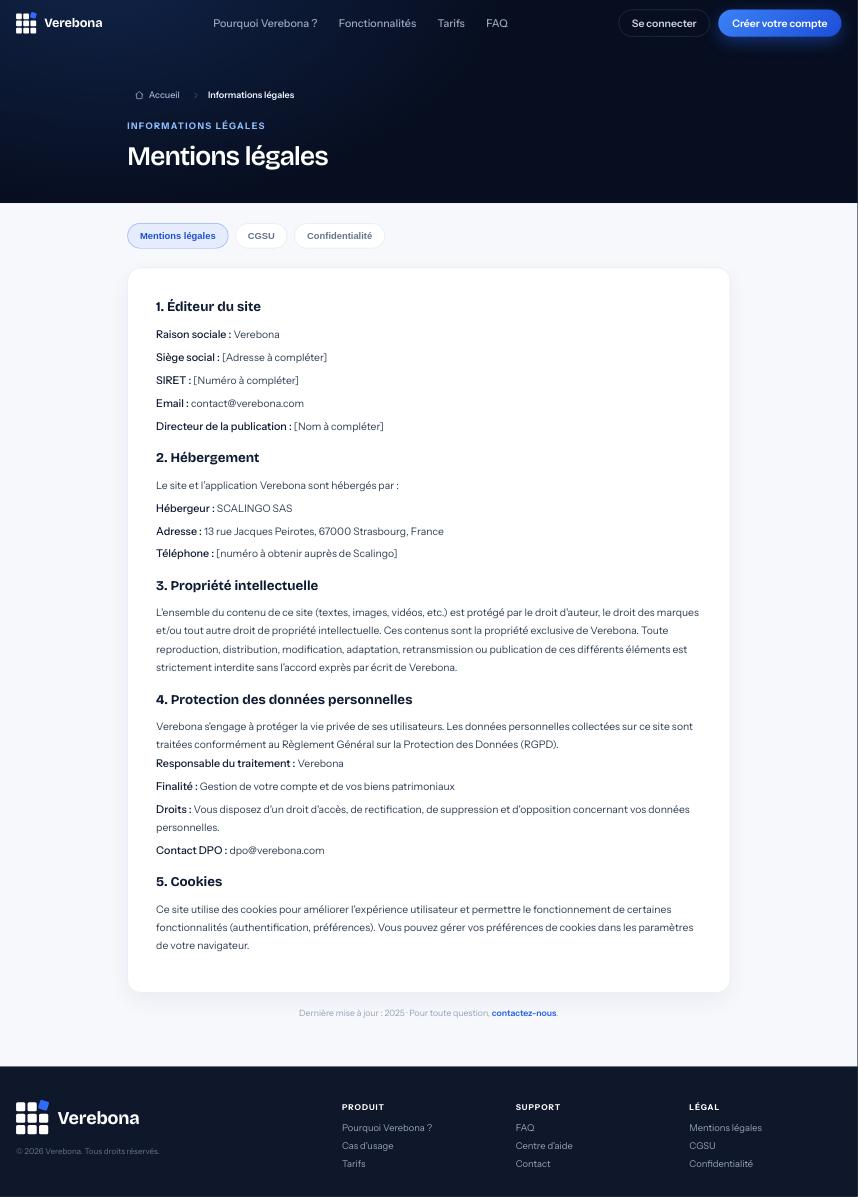
Repository: AdminVerebona/verebona-public
Page: /mentions-legales
These files come from the project's save history. The page is drawn as it stood at one moment and after the next save; the edit follows.
The browser window is 1280 px wide. The pictures show the whole page, at 67% of full size.
The project was rebuilt for these pictures with package versions that can differ from the ones it lists, and the page was loaded fresh each time. Also part of the build but not shown: next.config.mjs, vite.config.js, vite.config.ts, src/composables/useLanding.ts, src/sections/HeroSection.vue, src/sections/WhySection.vue, src/sections/UseCasesSection.vue, src/sections/FeaturesSection.vue and 6 more.

Above is the page before, as saved 2026-07-10 15:19:19.

### index.html
<!doctype html>
<html lang="fr">
  <head>
    <meta charset="UTF-8" />
    <meta name="viewport" content="width=device-width, initial-scale=1.0" />
    <title>Verebona — Centralisez, organisez, valorisez vos biens</title>
    <meta
      name="description"
      content="Verebona centralise vos biens, documents et échéances pour les retrouver facilement, anticiper les dates importantes et valoriser vos biens le moment venu."
    />
  </head>
  <body>
    <div id="app"></div>
    <script type="module" src="/src/main.ts"></script>
  </body>
</html>

### src/main.ts
import { createApp } from 'vue'
import App from './App.vue'
import router from './router'
import { vHover } from './directives/hover'
import './style.css'

createApp(App)
  .use(router)
  .directive('hover', vHover)
  .mount('#app')

### src/App.vue
<template>
  <div style="background:#070E20;color:#EAF0FB;overflow-x:hidden;min-height:100vh">
    <AppHeader />
    <router-view />
    <AppFooter />
  </div>
</template>

<script setup lang="ts">
import { onMounted, watch, nextTick } from 'vue'
import { useRoute } from 'vue-router'
import AppHeader from './components/AppHeader.vue'
import AppFooter from './components/AppFooter.vue'
import { useScrollReveal } from './composables/useScrollReveal'

const route = useRoute()
const { scan } = useScrollReveal()

onMounted(() => { scan() })

// Re-scan reveal targets whenever the route (page) changes.
watch(
  () => route.fullPath,
  () => { nextTick(() => setTimeout(scan, 60)) },
)
</script>

### src/router/index.ts
import { createRouter, createWebHistory } from 'vue-router'
import HomeView from '../views/HomeView.vue'

const routes = [
  { path: '/', name: 'home', component: HomeView },
  { path: '/aide', name: 'help', component: () => import('../views/HelpView.vue') },
  { path: '/contact', name: 'contact', component: () => import('../views/ContactView.vue') },
  { path: '/mentions-legales', name: 'legal-mentions', component: () => import('../views/LegalView.vue') },
  { path: '/cgu', name: 'legal-cgu', component: () => import('../views/LegalView.vue') },
  { path: '/confidentialite', name: 'legal-confid', component: () => import('../views/LegalView.vue') },
  { path: '/:pathMatch(.*)*', name: 'not-found', component: () => import('../views/NotFoundView.vue') },
]

const router = createRouter({
  history: createWebHistory(),
  routes,
  scrollBehavior(to) {
    if (to.hash) return { el: to.hash, behavior: 'smooth' }
    return { top: 0 }
  },
})

export default router

### src/directives/hover.ts
import type { Directive } from 'vue'

/**
 * v-hover — applies a set of inline styles while the pointer is over the
 * element, and restores the previous values on leave. Reproduces the
 * `style-hover` behaviour of the design prototype.
 *
 * Usage:  <a v-hover="{ color: '#fff', transform: 'translateY(-1px)' }">
 */
type HoverStyles = Record<string, string>

interface HoverEl extends HTMLElement {
  __hoverEnter?: () => void
  __hoverLeave?: () => void
}

export const vHover: Directive<HoverEl, HoverStyles> = {
  mounted(el, binding) {
    const styles = binding.value || {}
    const original: HoverStyles = {}

    const enter = () => {
      for (const key in styles) {
        original[key] = (el.style as any)[key]
        ;(el.style as any)[key] = styles[key]
      }
    }
    const leave = () => {
      for (const key in styles) {
        ;(el.style as any)[key] = original[key] || ''
      }
    }

    el.__hoverEnter = enter
    el.__hoverLeave = leave
    el.addEventListener('mouseenter', enter)
    el.addEventListener('mouseleave', leave)
  },
  unmounted(el) {
    if (el.__hoverEnter) el.removeEventListener('mouseenter', el.__hoverEnter)
    if (el.__hoverLeave) el.removeEventListener('mouseleave', el.__hoverLeave)
  },
}

### src/composables/useScrollReveal.ts
/**
 * Scroll-reveal: adds `.vb-in` to `.vb-reveal` / `.vb-rgroup` elements as they
 * enter the viewport (staggering the children of a group). Ported from the
 * prototype's IntersectionObserver logic. Honours prefers-reduced-motion and
 * has a safety timeout so content is never left hidden.
 */
let io: IntersectionObserver | null = null

const reduce =
  typeof window !== 'undefined' &&
  !!window.matchMedia &&
  window.matchMedia('(prefers-reduced-motion: reduce)').matches

if (!reduce && typeof document !== 'undefined') {
  document.documentElement.classList.add('vb-anim')
}

function revealAll() {
  document.querySelectorAll('.vb-reveal').forEach((e) => e.classList.add('vb-in'))
  document.querySelectorAll('.vb-rgroup > *').forEach((e) => e.classList.add('vb-in'))
}

function ensureObserver() {
  if (io || reduce || typeof window === 'undefined' || !('IntersectionObserver' in window)) return
  io = new IntersectionObserver(
    (entries) => {
      entries.forEach((entry) => {
        if (!entry.isIntersecting) return
        const el = entry.target as HTMLElement
        io!.unobserve(el)
        if (el.classList.contains('vb-rgroup')) {
          Array.from(el.children).forEach((c, i) => {
            ;(c as HTMLElement).style.transitionDelay = i * 90 + 'ms'
            c.classList.add('vb-in')
          })
        } else {
          el.classList.add('vb-in')
        }
      })
    },
    { threshold: 0.12, rootMargin: '0px 0px -8% 0px' },
  )
}

export function useScrollReveal() {
  function scan() {
    if (reduce || typeof window === 'undefined' || !('IntersectionObserver' in window)) {
      revealAll()
      return
    }
    ensureObserver()
    document.querySelectorAll('.vb-reveal, .vb-rgroup').forEach((el) => io!.observe(el))
    // Safety net: never leave content hidden.
    window.setTimeout(revealAll, 2200)
  }
  return { scan }
}

### src/views/LegalView.vue
<template>
<section style="position:relative;padding:128px 24px 48px;overflow:hidden;background:radial-gradient(1000px 560px at 12% -10%,rgba(59,130,246,.18),transparent 60%),#070E20">
  <div style="position:absolute;inset:0;background-image:radial-gradient(rgba(148,163,184,.09) 1px,transparent 1px);background-size:34px 34px;-webkit-mask-image:linear-gradient(to bottom,#000,transparent 85%);mask-image:linear-gradient(to bottom,#000,transparent 85%);pointer-events:none"></div>
  <div style="max-width:900px;margin:0 auto;position:relative">
    <nav aria-label="Fil d'Ariane" style="margin-bottom:24px"><ol style="display:flex;align-items:center;gap:6px;list-style:none;margin:0;padding:0;font-size:13.5px"><li style="display:flex;align-items:center"><a href="#" @click.prevent="goHome" style="display:inline-flex;align-items:center;gap:7px;color:#9FB4D8;font-weight:500;padding:6px 11px;border-radius:9px;cursor:pointer;transition:color .15s,background .15s" v-hover="{color:'#fff',background:'rgba(255,255,255,.06)'}"><svg width="14" height="14" viewBox="0 0 24 24" fill="none" stroke="currentColor" stroke-width="1.9" stroke-linecap="round" stroke-linejoin="round"><path d="M3 10.5 12 3l9 7.5"/><path d="M5 9.5V20a1 1 0 0 0 1 1h12a1 1 0 0 0 1-1V9.5"/></svg>Accueil</a></li><li aria-hidden="true" style="display:flex;color:#42557A"><svg width="15" height="15" viewBox="0 0 24 24" fill="none" stroke="currentColor" stroke-width="2" stroke-linecap="round" stroke-linejoin="round"><path d="M9 6l6 6-6 6"/></svg></li><li aria-current="page" style="color:#EAF0FB;font-weight:600;padding:6px 4px">{{ crumbLabel }}</li></ol></nav>
    <div style="font-size:13.5px;letter-spacing:.15em;text-transform:uppercase;font-weight:800;color:#8FBEFF;margin-bottom:16px">Informations légales</div>
    <h1 style="font-size:40px;line-height:1.08;font-weight:600;letter-spacing:-.025em;color:#fff">{{ legalTitle }}</h1>
  </div>
</section>
<section style="background:#F6F8FC;padding:30px 24px 72px">
  <div style="max-width:900px;margin:0 auto">
    <div style="display:flex;flex-wrap:wrap;gap:10px;margin-bottom:28px">
      <button type="button" :style="legalMentionsStyle" @click.prevent="goMentions">Mentions légales</button>
      <button type="button" :style="legalCGUStyle" @click.prevent="goCGU">CGSU</button>
      <button type="button" :style="legalConfidStyle" @click.prevent="goConfid">Confidentialité</button>
    </div>
    <div style="background:#fff;border:1px solid #E6EBF3;border-radius:20px;padding:40px 42px;box-shadow:0 12px 34px rgba(15,27,51,.05)">
      <template v-if="isMentions">
        <div style="font-size:15.5px;line-height:1.75;color:#334155">
          <h2 style="font-size:20px;font-weight:700;color:#0F1B33;font-family:'Bricolage Grotesque',sans-serif;margin:0 0 10px">1. Éditeur du site</h2>
          <p style="margin:0 0 6px"><span style="font-size:16px;font-weight:500;color:#0F1B33">Raison sociale :</span> Verebona</p>
          <p style="margin:0 0 6px"><span style="font-size:16px;font-weight:500;color:#0F1B33">Siège social :</span> [Adresse à compléter]</p>
          <p style="margin:0 0 6px"><span style="font-size:16px;font-weight:500;color:#0F1B33">SIRET :</span> [Numéro à compléter]</p>
          <p style="margin:0 0 6px"><span style="font-size:16px;font-weight:500;color:#0F1B33">Email :</span> contact@verebona.com</p>
          <p style="margin:0 0 16px"><span style="font-size:16px;font-weight:500;color:#0F1B33">Directeur de la publication :</span> [Nom à compléter]</p>
          <h2 style="font-size:20px;font-weight:700;color:#0F1B33;font-family:'Bricolage Grotesque',sans-serif;margin:0 0 10px">2. Hébergement</h2>
          <p style="margin:0 0 6px">Le site et l’application Verebona sont hébergés par : </p>
          <p style="margin:0 0 6px"><span style="font-size:16px;font-weight:500;color:#0F1B33">Hébergeur :</span> SCALINGO SAS</p>
          <p style="margin:0 0 6px"><span style="font-size:16px;font-weight:500;color:#0F1B33">Adresse :</span> 13 rue Jacques Peirotes, 67000 Strasbourg, France</p>
          <p style="margin:0 0 16px"><span style="font-size:16px;font-weight:500;color:#0F1B33">Téléphone :</span> [numéro à obtenir auprès de Scalingo]</p>
          <h2 style="font-size:20px;font-weight:700;color:#0F1B33;font-family:'Bricolage Grotesque',sans-serif;margin:0 0 10px">3. Propriété intellectuelle</h2>
          <p style="margin:0 0 16px">L'ensemble du contenu de ce site (textes, images, vidéos, etc.) est protégé par le droit d'auteur, le droit des marques et/ou tout autre droit de propriété intellectuelle. Ces contenus sont la propriété exclusive de Verebona. Toute reproduction, distribution, modification, adaptation, retransmission ou publication de ces différents éléments est strictement interdite sans l'accord exprès par écrit de Verebona.</p>
          <h2 style="font-size:20px;font-weight:700;color:#0F1B33;font-family:'Bricolage Grotesque',sans-serif;margin:0 0 10px">4. Protection des données personnelles</h2>
          <p style="margin:0">Verebona s'engage à protéger la vie privée de ses utilisateurs. Les données personnelles collectées sur ce site sont traitées conformément au Règlement Général sur la Protection des Données (RGPD).</p>
          <p style="margin:0 0 6px"><span style="font-size:16px;font-weight:500;color:#0F1B33">Responsable du traitement :</span> Verebona</p>
          <p style="margin:0 0 6px"><span style="font-size:16px;font-weight:500;color:#0F1B33">Finalité  :</span> Gestion de votre compte et de vos biens patrimoniaux</p>
          <p style="margin:0 0 6px"><span style="font-size:16px;font-weight:500;color:#0F1B33">Droits  :</span> Vous disposez d'un droit d'accès, de rectification, de suppression et d'opposition concernant vos données personnelles.</p>
          <p style="margin:0 0 16px"><span style="font-size:16px;font-weight:500;color:#0F1B33">Contact DPO :</span> dpo@verebona.com</p>
          <h2 style="font-size:20px;font-weight:700;color:#0F1B33;font-family:'Bricolage Grotesque',sans-serif;margin:0 0 10px">5. Cookies</h2>
          <p style="margin:0 0 16px">Ce site utilise des cookies pour améliorer l'expérience utilisateur et permettre le fonctionnement de certaines fonctionnalités (authentification, préférences). Vous pouvez gérer vos préférences de cookies dans les paramètres de votre navigateur.</p>


        </div>
      </template>
      <template v-if="isCGU">
        <div style="font-size:15.5px;line-height:1.75;color:#334155">
          <h2 style="font-size:20px;font-weight:700;color:#0F1B33;font-family:'Bricolage Grotesque',sans-serif;margin:0 0 10px">1. Objet</h2>
          <p style="margin:0 0 22px">Les présentes conditions générales de service et d'utilisation (CGSU) définissent les modalités d'accès et d'utilisation de la plateforme Verebona, service de centralisation et d'organisation documentaire du patrimoine.</p>
          <h2 style="font-size:20px;font-weight:700;color:#0F1B33;font-family:'Bricolage Grotesque',sans-serif;margin:0 0 10px">2. Compte et abonnement</h2>
          <p style="margin:0 0 22px">L'accès au service nécessite la création d'un compte et la souscription d'une offre. L'utilisateur s'engage à fournir des informations exactes et à préserver la confidentialité de ses identifiants.</p>
          <h2 style="font-size:20px;font-weight:700;color:#0F1B33;font-family:'Bricolage Grotesque',sans-serif;margin:0 0 10px">3. Nature du service</h2>
          <p style="margin:0 0 22px">Verebona est une plateforme d'organisation. Les documents importés ne sont ni certifiés, ni validés, ni garantis juridiquement. L'utilisateur reste seul responsable de l'exactitude des informations qu'il enregistre.</p>
          <h2 style="font-size:20px;font-weight:700;color:#0F1B33;font-family:'Bricolage Grotesque',sans-serif;margin:0 0 10px">4. Responsabilités</h2>
          <p style="margin:0 0 22px">Verebona met en œuvre les moyens raisonnables pour assurer la disponibilité et la sécurité du service, sans obligation de résultat concernant une disponibilité ininterrompue.</p>
          <h2 style="font-size:20px;font-weight:700;color:#0F1B33;font-family:'Bricolage Grotesque',sans-serif;margin:0 0 10px">5. Résiliation</h2>
          <p style="margin:0">L'utilisateur peut résilier son abonnement à tout moment. Des modalités de récupération des données sont prévues afin d'éviter tout verrouillage à la fin du contrat.</p>
        </div>
      </template>
      <template v-if="isConfid">
        <div style="font-size:15.5px;line-height:1.75;color:#334155">
          <h2 style="font-size:20px;font-weight:700;color:#0F1B33;font-family:'Bricolage Grotesque',sans-serif;margin:0 0 10px">Données collectées</h2>
          <p style="margin:0 0 22px">Verebona collecte les données nécessaires au fonctionnement du service : informations de compte, contenus importés (fiches de biens, documents) et données d'usage strictement utiles à l'amélioration du service.</p>
          <h2 style="font-size:20px;font-weight:700;color:#0F1B33;font-family:'Bricolage Grotesque',sans-serif;margin:0 0 10px">Finalités</h2>
          <p style="margin:0 0 22px">Les données sont traitées pour fournir le service, assurer la sécurité, et répondre aux obligations légales. Elles ne sont jamais cédées à des tiers à des fins commerciales.</p>
          <h2 style="font-size:20px;font-weight:700;color:#0F1B33;font-family:'Bricolage Grotesque',sans-serif;margin:0 0 10px">Sécurité</h2>
          <p style="margin:0 0 22px">Vos données sont chiffrées lors du stockage et des échanges, et hébergées sur une infrastructure sécurisée au sein de l'Union européenne.</p>
          <h2 style="font-size:20px;font-weight:700;color:#0F1B33;font-family:'Bricolage Grotesque',sans-serif;margin:0 0 10px">Vos droits</h2>
          <p style="margin:0">Conformément au RGPD, vous disposez d'un droit d'accès, de rectification, de portabilité et de suppression de vos données. Pour exercer ces droits, écrivez à contact@verebona.com.</p>
        </div>
      </template>
    </div>
    <p style="font-size:13px;color:#94A3B8;margin-top:22px;text-align:center">Dernière mise à jour : 2025 · Pour toute question, <a href="#" @click.prevent="goContact" style="color:#2563EB;font-weight:600">contactez-nous</a>.</p>
  </div>
</section>
</template>

<script setup lang="ts">
import { useLegal } from '../composables/useLegal'
import { useNav } from '../composables/useNav'
const { isMentions, isCGU, isConfid, legalTitle, legalMentionsStyle, legalCGUStyle, legalConfidStyle, crumbLabel } = useLegal()
const { goHome, goContact, goMentions, goCGU, goConfid } = useNav()
</script>

### src/composables/useNav.ts
import { ref, computed, nextTick } from 'vue'
import { useRouter, useRoute } from 'vue-router'

// Shared across header + footer + mobile menu.
const menuOpen = ref(false)

/**
 * useNav — header/footer navigation. Page links use vue-router; the four
 * in-page section links (Pourquoi / Fonctionnalités / Tarifs / FAQ) route to
 * home first if needed, then smooth-scroll to the anchor.
 */
export function useNav() {
  const router = useRouter()
  const route = useRoute()

  const toggleMenu = () => { menuOpen.value = !menuOpen.value }
  const closeMenu = () => { menuOpen.value = false }

  function scrollToId(id: string) {
    const el = document.getElementById(id)
    if (el && el.scrollIntoView) {
      try { el.scrollIntoView({ behavior: 'smooth', block: 'start' }) } catch { /* noop */ }
    }
  }
  function goToAnchor(id: string) {
    closeMenu()
    if (route.path !== '/') {
      router.push('/').then(() => nextTick(() => setTimeout(() => scrollToId(id), 80)))
    } else {
      scrollToId(id)
    }
  }

  const goHome = () => { closeMenu(); router.push('/') }
  const goAide = () => { closeMenu(); router.push('/aide') }
  const goContact = () => { closeMenu(); router.push('/contact') }
  const goMentions = () => { closeMenu(); router.push('/mentions-legales') }
  const goCGU = () => { closeMenu(); router.push('/cgu') }
  const goConfid = () => { closeMenu(); router.push('/confidentialite') }

  const navPourquoi = () => goToAnchor('pourquoi')
  const navFeatures = () => goToAnchor('features')
  const navPricing = () => goToAnchor('pricing')
  const navFaq = () => goToAnchor('faq')
  const navCasUsage = () => goToAnchor('cas-usage')

  const burgerBase = 'display:block;width:20px;height:2px;border-radius:2px;background:#fff;transition:transform .25s,opacity .25s;'
  const burgerTop = computed(() => burgerBase + 'transform:' + (menuOpen.value ? 'translateY(6px) rotate(45deg)' : 'none'))
  const burgerMid = computed(() => burgerBase + 'opacity:' + (menuOpen.value ? '0' : '1'))
  const burgerBot = computed(() => burgerBase + 'transform:' + (menuOpen.value ? 'translateY(-6px) rotate(-45deg)' : 'none'))

  return {
    menuOpen, toggleMenu, closeMenu,
    goHome, goAide, goContact, goMentions, goCGU, goConfid,
    navPourquoi, navFeatures, navPricing, navFaq, navCasUsage,
    burgerTop, burgerMid, burgerBot,
  }
}

### src/composables/useLegal.ts
import { computed } from 'vue'
import { useRoute } from 'vue-router'

/**
 * Legal page — a single view with three tabs (mentions / cgu / confid),
 * each mapped to its own route so they are independently linkable & indexable:
 *   /mentions-legales   /cgu   /confidentialite
 */
export function useLegal() {
  const route = useRoute()

  const tab = computed<'mentions' | 'cgu' | 'confid'>(() => {
    if (route.path.includes('cgu')) return 'cgu'
    if (route.path.includes('confidentialite')) return 'confid'
    return 'mentions'
  })

  const isMentions = computed(() => tab.value === 'mentions')
  const isCGU = computed(() => tab.value === 'cgu')
  const isConfid = computed(() => tab.value === 'confid')

  const legalTitle = computed(() =>
    tab.value === 'cgu'
      ? "Conditions générales de service et d'utilisation"
      : tab.value === 'confid'
        ? 'Politique de confidentialité'
        : 'Mentions légales',
  )

  const tabStyle = (a: boolean) =>
    `padding:10px 18px;border-radius:999px;font-size:14px;font-weight:600;cursor:pointer;border:1px solid ${a ? 'rgba(37,99,235,.4)' : '#E2E8F0'};background:${a ? 'rgba(37,99,235,.08)' : '#fff'};color:${a ? '#1D4ED8' : '#64748B'};transition:all .15s`

  const legalMentionsStyle = computed(() => tabStyle(isMentions.value))
  const legalCGUStyle = computed(() => tabStyle(isCGU.value))
  const legalConfidStyle = computed(() => tabStyle(isConfid.value))

  return {
    isMentions, isCGU, isConfid, legalTitle,
    legalMentionsStyle, legalCGUStyle, legalConfidStyle,
    crumbLabel: 'Informations légales',
  }
}

Loaded but not shown: src/components/AppHeader.vue (68 lines, source omitted); src/components/AppFooter.vue (21 lines, source omitted); src/style.css (59 lines, source omitted)

After the next save:
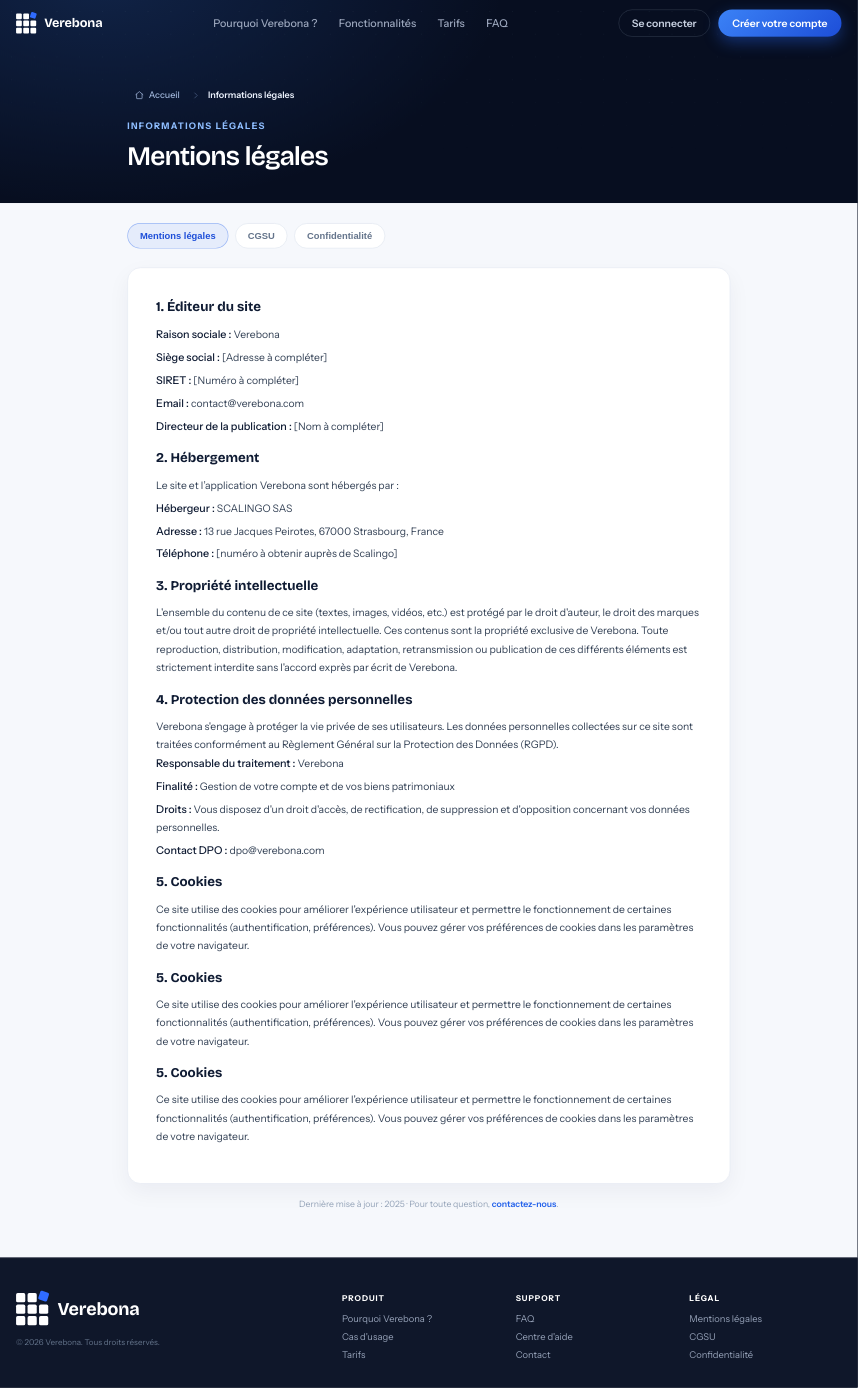
Saved 9 s later.
--- a/src/views/LegalView.vue
+++ b/src/views/LegalView.vue
@@ -36,6 +36,10 @@
           <p style="margin:0 0 6px"><span style="font-size:16px;font-weight:500;color:#0F1B33">Finalité  :</span> Gestion de votre compte et de vos biens patrimoniaux</p>
           <p style="margin:0 0 6px"><span style="font-size:16px;font-weight:500;color:#0F1B33">Droits  :</span> Vous disposez d'un droit d'accès, de rectification, de suppression et d'opposition concernant vos données personnelles.</p>
           <p style="margin:0 0 16px"><span style="font-size:16px;font-weight:500;color:#0F1B33">Contact DPO :</span> dpo@verebona.com</p>
+          <h2 style="font-size:20px;font-weight:700;color:#0F1B33;font-family:'Bricolage Grotesque',sans-serif;margin:0 0 10px">5. Cookies</h2>
+          <p style="margin:0 0 16px">Ce site utilise des cookies pour améliorer l'expérience utilisateur et permettre le fonctionnement de certaines fonctionnalités (authentification, préférences). Vous pouvez gérer vos préférences de cookies dans les paramètres de votre navigateur.</p>
+          <h2 style="font-size:20px;font-weight:700;color:#0F1B33;font-family:'Bricolage Grotesque',sans-serif;margin:0 0 10px">5. Cookies</h2>
+          <p style="margin:0 0 16px">Ce site utilise des cookies pour améliorer l'expérience utilisateur et permettre le fonctionnement de certaines fonctionnalités (authentification, préférences). Vous pouvez gérer vos préférences de cookies dans les paramètres de votre navigateur.</p>
           <h2 style="font-size:20px;font-weight:700;color:#0F1B33;font-family:'Bricolage Grotesque',sans-serif;margin:0 0 10px">5. Cookies</h2>
           <p style="margin:0 0 16px">Ce site utilise des cookies pour améliorer l'expérience utilisateur et permettre le fonctionnement de certaines fonctionnalités (authentification, préférences). Vous pouvez gérer vos préférences de cookies dans les paramètres de votre navigateur.</p>
 
